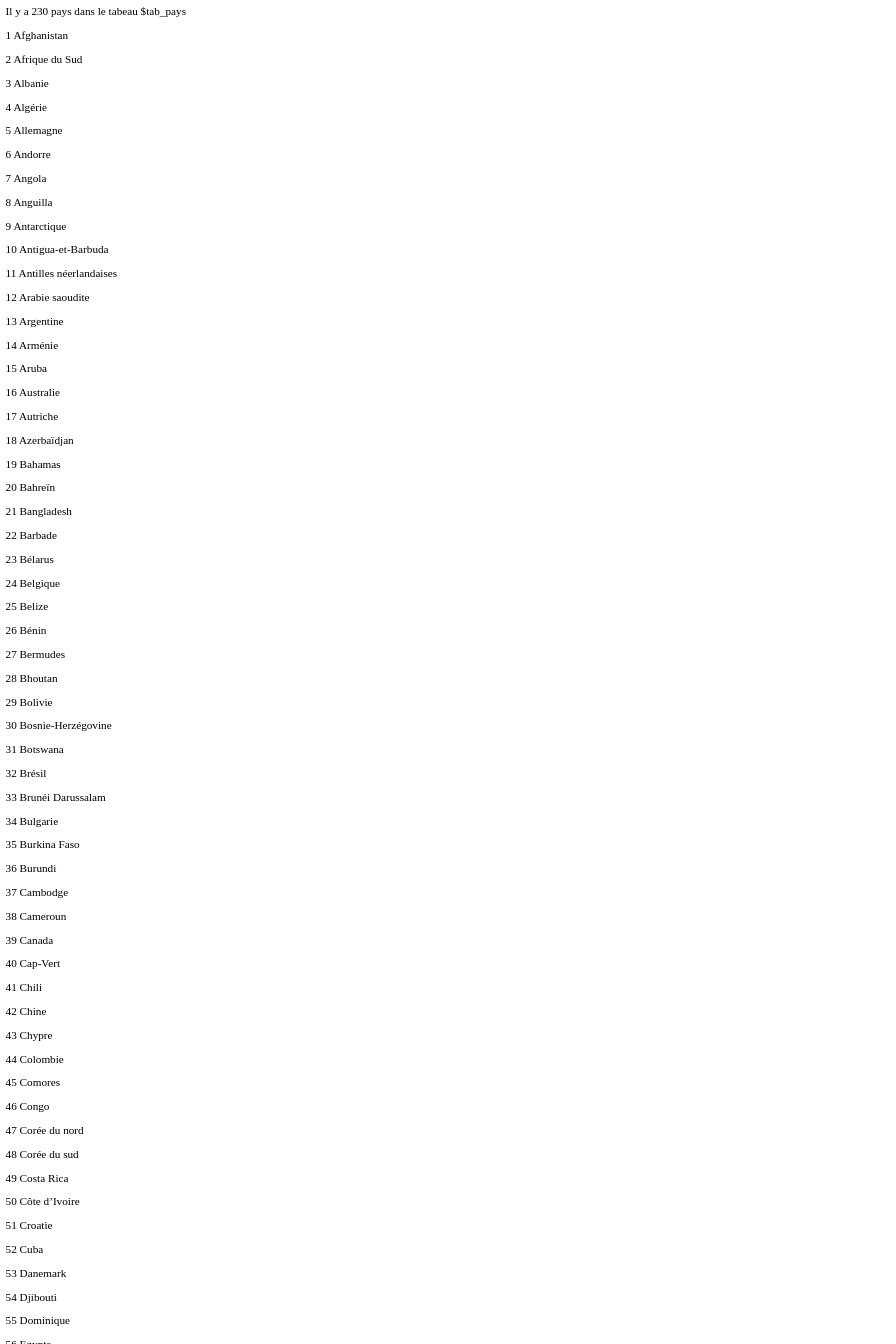
Repository: WebDevCF2m2021/base-php-2021
Page: http://localhost/07-for-sur-tableau.php
The author's editor kept a copy of each file at every save. The page is drawn from the files as they stood at one save, then again after the next save.
The browser window is 1280 px wide. The pictures show the part of the page from y = 0 to 1920 px (the page is 7862 px tall before and 720 px after), at 70% of full size.
The page is run by PHP 8.4 with error messages shown; the project is at /var/www/html/.

Above is the page before, as saved 2021-07-07 12:09:57.

### 07-for-sur-tableau.php
<?php
$tab_pays = array('
Afghanistan ', ' Afrique du Sud ', ' Albanie ', ' Algérie ', ' Allemagne ', ' Andorre ', ' Angola ', ' Anguilla ', ' Antarctique ', ' Antigua-et-Barbuda ', ' Antilles néerlandaises ', ' Arabie saoudite ', ' Argentine ', ' Arménie ', ' Aruba ', ' Australie ', ' Autriche ', ' Azerbaïdjan ', ' Bahamas ', ' Bahreïn ', ' Bangladesh ', ' Barbade ', ' Bélarus ', ' Belgique ', ' Belize ', ' Bénin ', ' Bermudes ', ' Bhoutan ', ' Bolivie ', ' Bosnie-Herzégovine ', ' Botswana ', ' Brésil ', ' Brunéi Darussalam ', ' Bulgarie ', ' Burkina Faso ', ' Burundi ', ' Cambodge ', ' Cameroun ', ' Canada ', ' Cap-Vert ', ' Chili ', ' Chine ', ' Chypre ', ' Colombie ', ' Comores ', ' Congo ', ' Corée du nord ', ' Corée du sud ', ' Costa Rica ', ' Côte d’Ivoire ', ' Croatie ', ' Cuba ', ' Danemark ', ' Djibouti ', ' Dominique ', ' Egypte ', ' El Salvador ', ' Emirats arabes unis ', ' Equateur ', ' Erythrée ', ' Espagne ', ' Estonie ', ' Etats-Unis d’Amérique ', ' Ethiopie ', ' Fédération de Russie ', ' Fidji ', ' Finlande ', ' France ', ' Gabon ', ' Gambie ', ' Géorgie ', ' Ghana ', ' Gibraltar ', ' Grèce ', ' Groenland ', ' Guadeloupe ', ' Guam ', ' Guatemala ', ' Guinée ', ' Guinée équatoriale ', ' Guinée-Bissau ', ' Guyana ', ' Guyane française ', ' Haïti ', ' Honduras ', ' Hong Kong ', ' Hongrie ', ' Ile De Bouvet ', ' Ile Norfolk ', ' Iles Caïmanes ', ' Iles Cook<' , ' Iles d’Aland ', ' Iles Falkland ', ' Iles Féroé ', ' Iles Mariannes septentrionales ', ' Iles Marshall ', ' Iles Salomon ', ' Iles Svalbard et Jan Mayen ', ' Iles Turques et Caïques ', ' Iles Vierges américaines ', ' Iles Vierges britanniques ', ' Iles Wallis et Futuna ', ' Inde ', ' Indonésie ', ' Iran ', ' Iraq ', ' Irlande ', ' Islande ', ' Israel ', ' Italie ', ' Jamaïque ', ' Japon ', ' Jordanie ', ' Kazakhstan ', ' Kenya ', ' Kirghizistan ', ' Kiribati ', ' Koweït ', ' Laos ', ' Lesotho ', ' Lettonie ', ' Liban ', ' Libéria ', ' Libye ', ' Liechtenstein ', ' Lituanie ', ' Luxembourg ', ' Macao ', ' Madagascar ', ' Malaisie ', ' Malawi ', ' Maldives ', ' Mali ', ' Malte ', ' Maroc ', ' Martinique ', ' Maurice ', ' Mauritanie ', ' Mayotte ', ' Mexique ', ' Micronésie ', ' Moldovie ', ' Monaco ', ' Mongolie ', ' Montserrat ', ' Mozambique ', ' Myanmar ', ' Namibie ', ' Nauru ', ' Népal ', ' Nicaragua ', ' Niger ', ' Nigéria ', ' Nioué ', ' Norvège ', ' Nouvelle-Calédonie ', ' Nouvelle-Zélande ', ' Oman ', ' Ouganda ', ' Ouzbékistan ', ' Pakistan ', ' Palaos ', ' Panama ', ' Papouasie-Nouvelle-Guinée ', ' Paraguay ', ' Pays-Bas ', ' Pérou ', ' Philippines ', ' Pitcairn ', ' Pologne ', ' Polynésie française ', ' Porto Rico ', ' Portugal ', ' Qatar ', ' République centrafricaine ', ' République démocratique du Congo ', ' République dominicaine ', ' République tchèque ', ' Réunion ', ' Roumanie ', ' Royaume-Uni ', ' Rwanda ', ' Saint-Kitts-et-Nevis ', ' Saint-Marin ', ' Saint-Pierre-et-Miquelon ', ' Saint-Siège ', ' Saint-Vincent-et-les Grenadines ', ' Sainte-Hélène ', ' Sainte-Lucie ', ' Samoa ', ' Samoas américaines ', ' Sao Tomé-et-Principe ', ' Sénégal ', ' Serbie-et-Monténégro ', ' Seychelles ', ' Sierra Leone ', ' Singapour ', ' Slovaquie ', ' Slovénie ', ' Somalie ', ' Soudan ', ' Sri Lanka ', ' Suède ', ' Suisse ', ' Suriname ', ' Swaziland ', ' Syrie ', ' Tadjikistan ', ' Taiwan ', ' Tanzanie ', ' Tchad ', ' Territoire palestinien occupé ', ' Thaïlande ', ' Timor-Leste ', ' Togo ', ' Tokélaou ', ' Tonga ', ' Trinité-et-Tobago ', ' Tunisie ', ' Turkménistan ', ' Turquie ', ' Tuvalu ', ' Ukraine ', ' Uruguay ', ' Vanuatu ', ' Venezuela ', ' Viet Nam ', ' Yémen ', ' Zambie ', ' Zimbabwe ', );

// affichez tous les pays de la liste avec une boucle for() et un count()

$numberOfCountries = count($tab_pays);

echo "<p>Il y a $numberOfCountries".' pays dans le tabeau $tab_pays</p>';

for ($n=0;$n<$numberOfCountries;$n++){
    echo "<p>";
    echo $n+1;
    echo "$tab_pays[$n]</p>";
}

After the next save:
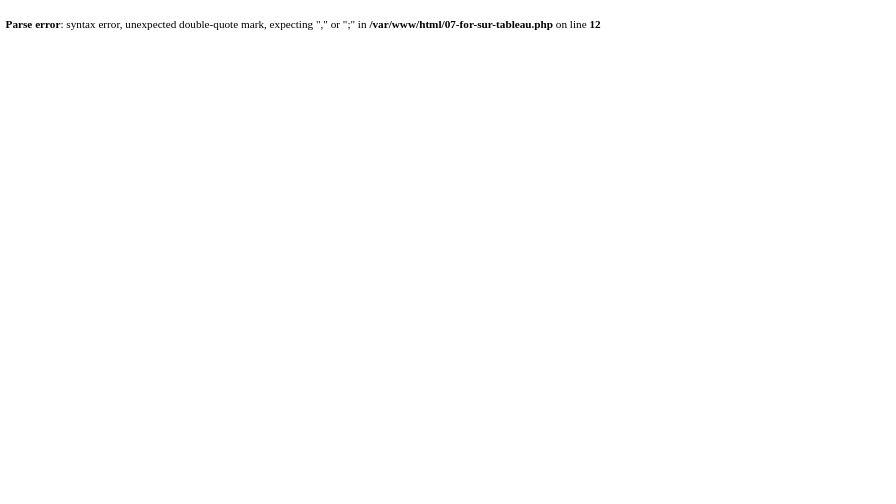
Saved 51 min 8 s later.
--- a/07-for-sur-tableau.php
+++ b/07-for-sur-tableau.php
@@ -9,7 +9,5 @@ $numberOfCountries = count($tab_pays);
 echo "<p>Il y a $numberOfCountries".' pays dans le tabeau $tab_pays</p>';
 
 for ($n=0;$n<$numberOfCountries;$n++){
-    echo "<p>";
-    echo $n+1;
-    echo "$tab_pays[$n]</p>";
+    echo "<p>".$n+1."$tab_pays[$n]</p>";
 }
